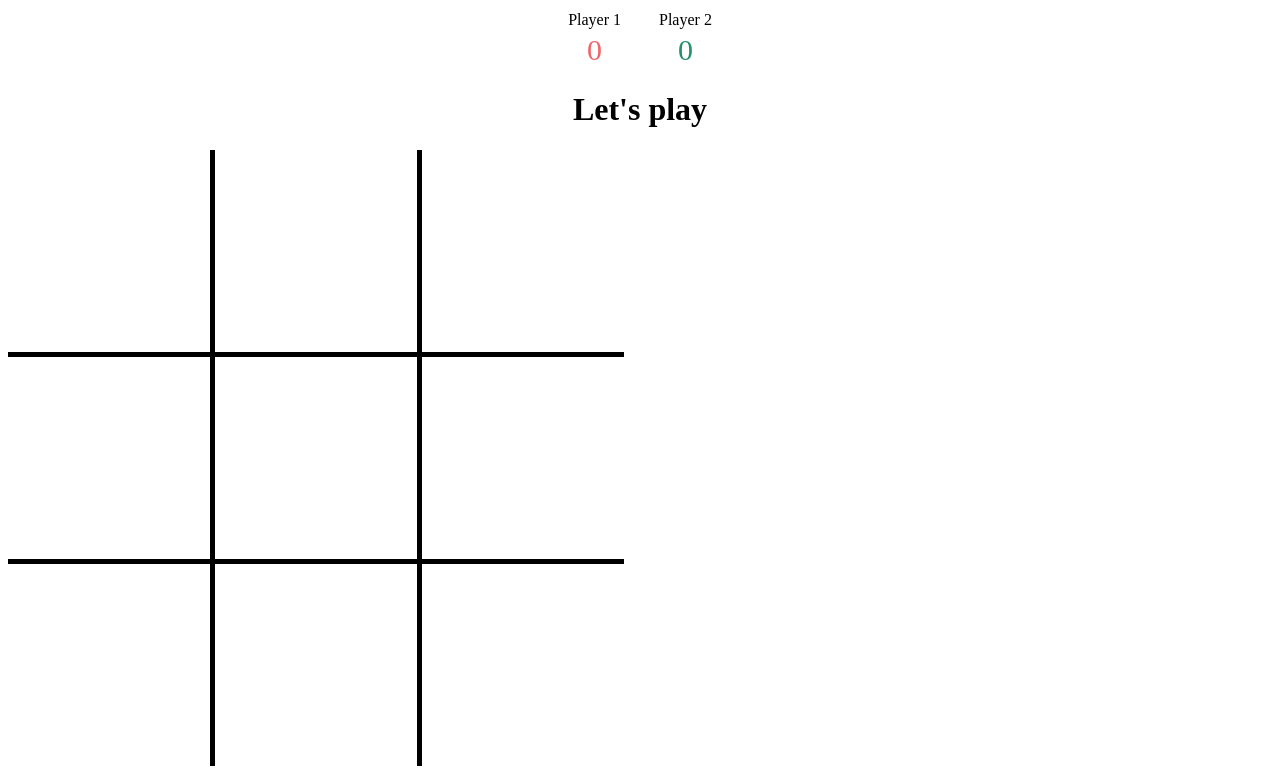
Repository: anas-essaguiar/epita.advancedWeb
Page: tictatoe/index.html
These files come from the project's save history. The page is drawn as it stood at one moment and after the next save; the edit follows.
The browser window is 1280 px wide. The pictures show the whole page.

Above is the page before, as saved 2021-04-23 15:25:45.

### tictatoe/index.html
<!DOCTYPE html>
<html>

<head>
    <meta charset="UTF-8">
    <title>TIC TAC TOE</title>
    <link rel="stylesheet" href="style.css">
</head>

<body>
    <table id="scoreboard" align="center">
        <tr>
            <td> Player 1 </td>
            <td width="30"> &nbsp; </td>
            <td> Player 2 </td>
        </tr>
        <tr>
            <td class="score" id="player1">
                0
            </td>
            <td> &nbsp; </td>
            <td class="score" id="player2">
                0
            </td>
        </tr>
    </table>
    <div>
        <h1>Let's play</h1>
        <table id="table1">
            <tr>
                <td class="col"></td>
                <td class="col"></td>
                <td class="col"></td>
            </tr>
            <tr>
                <td class="col"></td>
                <td class="col"></td>
                <td class="col"></td>
            </tr>
            <tr>
                <td class="col"></td>
                <td class="col"></td>
                <td class="col"></td>
            </tr>
        </table>
    </div>

    <script type="text/javascript" defer src="js/app.js"></script>
</body>

</html>

### tictatoe/style.css
body {
    font: normal 16px comic sans ms;
    text-align: center;
  }
.col{
    border: 5px solid black;
    width: 200px;
    height: 200px;
}

#players {
	display: flex;
	width: 50%;
	margin: auto;
}
#scoreboard .score {
    text-align: center;
    font-size: 30px
  }

  #scoreboard .score#player1 {
    color: #ED676B;
  }

  #scoreboard .score#player2 {
    color: #23916B;
  }



#table1 {
    border-collapse: collapse;
    border-style: hidden;
    color: black;
    border-spacing: 10px;
    border-collapse: collapse;
}


  .col:hover {
	background-color: grey;
}

### tictatoe/js/app.js
let cols = document.querySelectorAll(".col")
let current_player = 1;

cols.forEach((col) => {
    col.onclick = (e) => {
        // Checked if the player can click on the cell
        if (e.target.innerHTML == "") {
            // Put the symbol in the col
            e.target.innerHTML = document.querySelector('.player' + current_player + '_play').innerHTML;

            // check the end of the game

            // remove the active class from the current_player
            document.querySelector(".player" + current_player).classList.remove("active");

            // Switch the current_player after playing
            if (current_player == 1) {
                current_player = 2;
            } else {
                current_player = 1;
            }

            // Add the active class to current_player
            document.querySelector(".player" + current_player).classList.add("active");
        } else {
            // When a player play in a not empty cell
            alert('You can play here someone alreay play there !')
        }
    }
});

After the next save:
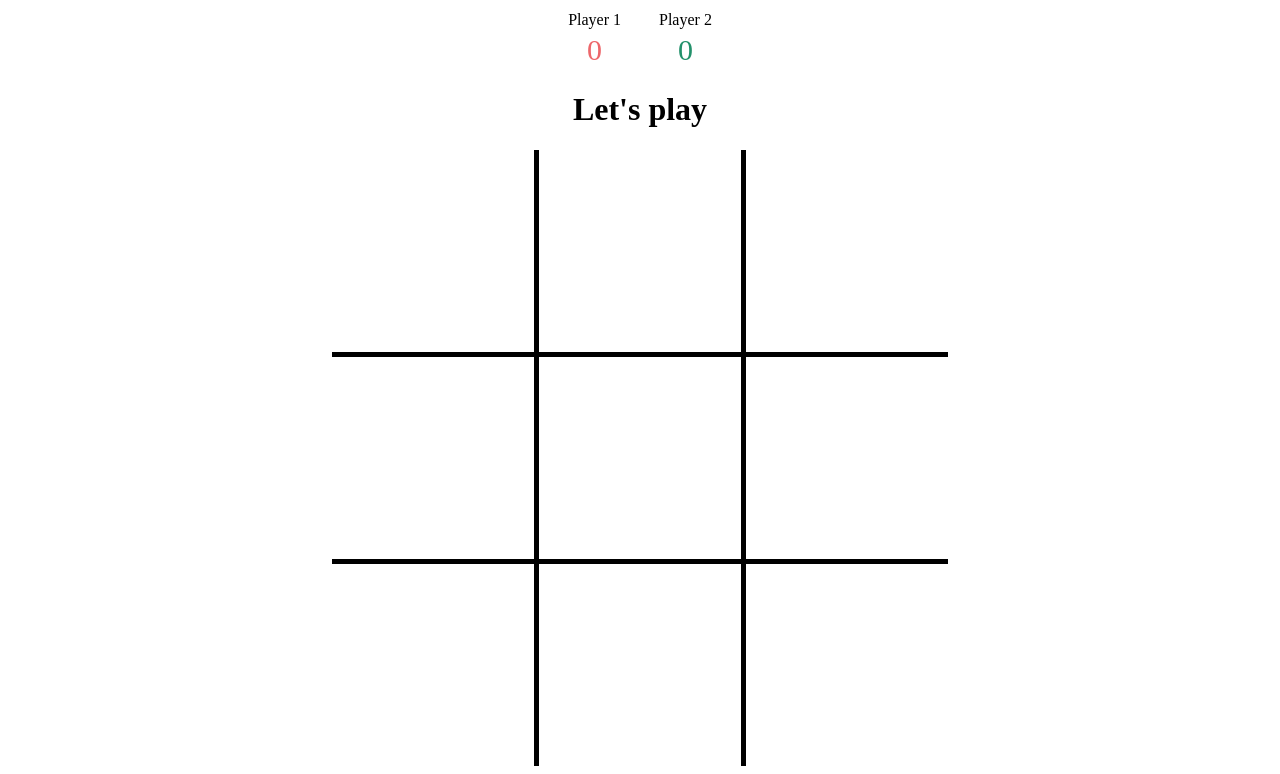
Saved 38 s later.
--- a/tictatoe/index.html
+++ b/tictatoe/index.html
@@ -26,7 +26,7 @@
     </table>
     <div>
         <h1>Let's play</h1>
-        <table id="table1">
+        <table id="table1" align="center">
             <tr>
                 <td class="col"></td>
                 <td class="col"></td>
